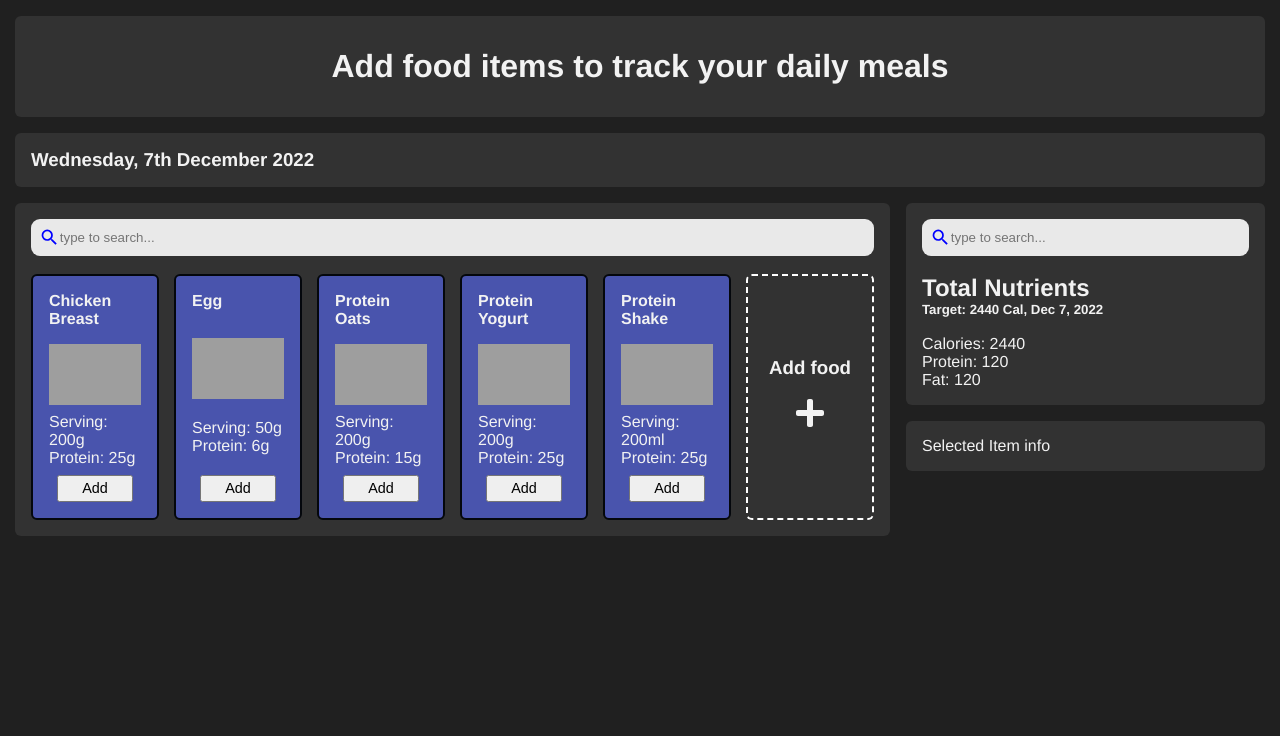
Repository: CEEPREL/NutritionTracker
Page: /
The author's editor kept a copy of each file at every save. The page is drawn from the files as they stood at one save, then again after the next save.
The browser window is 1280 px wide. The pictures show the whole page.
Pictures or frames that could not be fetched are drawn as grey boxes. The project was rebuilt for these pictures with package versions that can differ from the ones it lists, and the page was loaded fresh each time. Also part of the build but not shown: vite.config.js.

Above is the page before, as saved 2022-12-08 22:03:40.

After the next save:
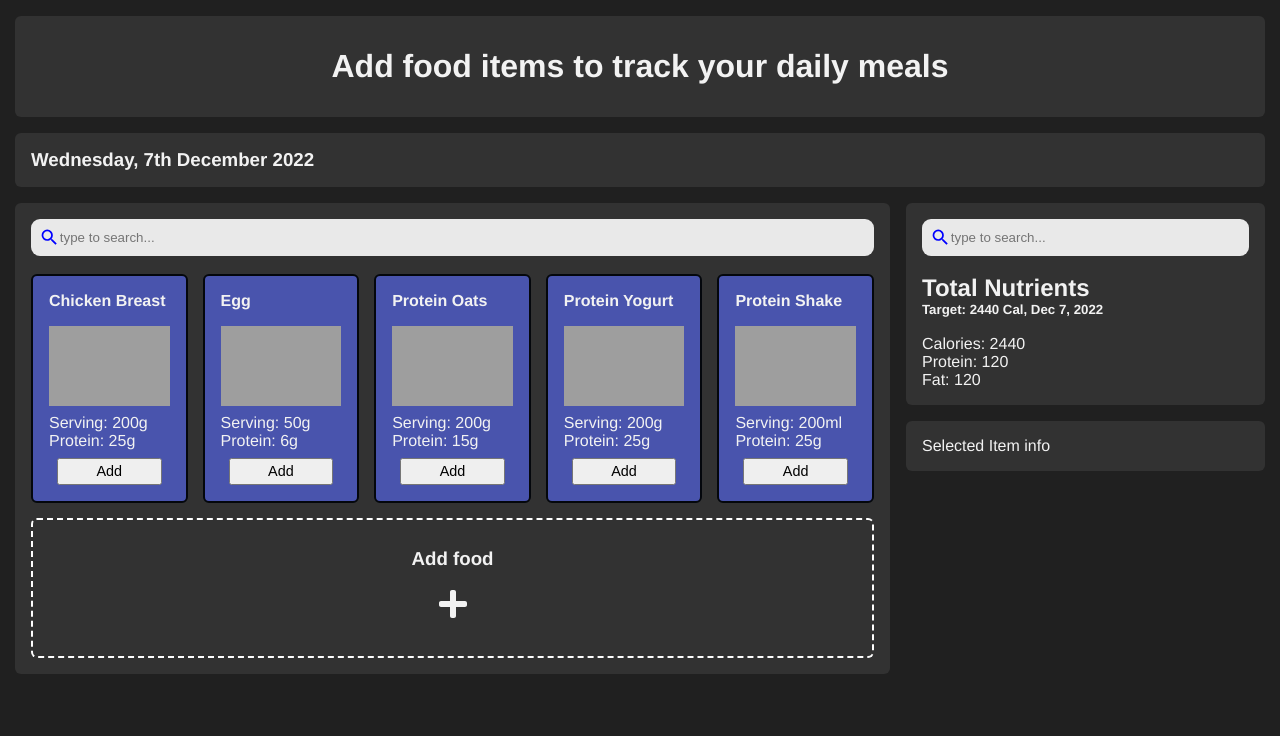
Saved 17 s later.
--- a/src/App.css
+++ b/src/App.css
@@ -72,7 +72,7 @@ body {
 
 .food-card {
   min-height:7rem;
-  min-width:8rem;
+  min-width:9rem;
 
   border-radius: 6px;
   background-color: #4954ad;
